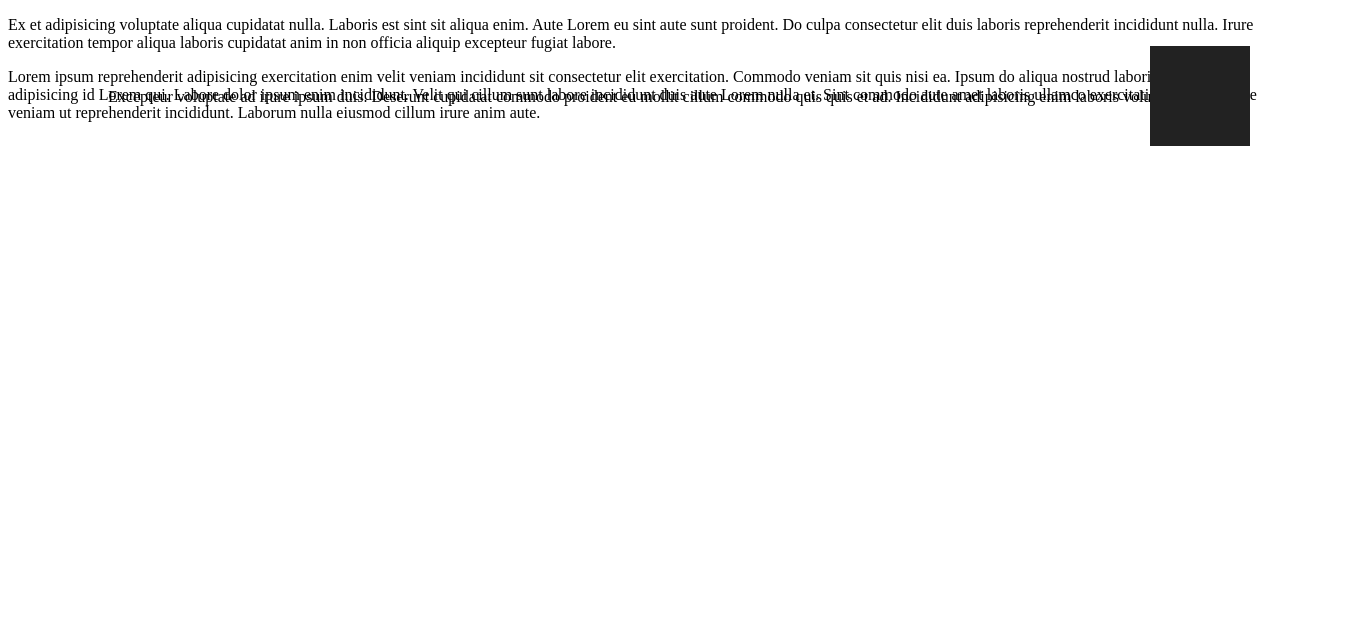
Repository: topyoungil/CodeMemories-ByJake
Page: HTML_CSS/WebContent/test/1003_css/position-1.html
The author's editor kept a copy of each file at every save. The page is drawn from the files as they stood at one save, then again after the next save.
The browser window is 1280 px wide. The page is 1372 px wide, then 1280 px, so the pictures cover 1372 px, including what lies to the right of the window. The pictures show the whole page.

Above is the page before, as saved 2022-10-03 06:45:25.

After the next save:
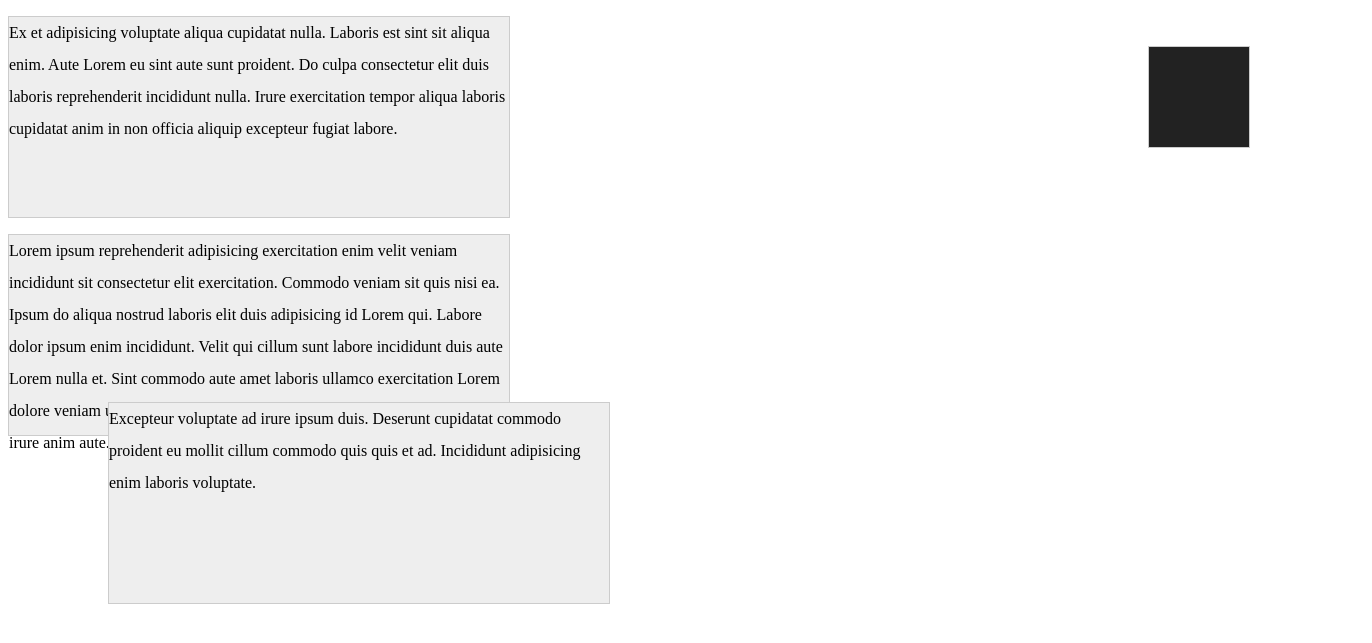
Saved 99 s later.
--- a/HTML_CSS/WebContent/test/1003_css/position-1.html
+++ b/HTML_CSS/WebContent/test/1003_css/position-1.html
@@ -4,6 +4,14 @@
 <meta charset="UTF-8">
 <title>Insert title here</title>
 <style>
+	p {
+		width: 500px;
+		height: 200px;
+		background-color: #eee;
+		border: 1px solid #ccc;
+		line-height: 2;
+	}
+
 	#static {
 		position: static;
 	}
